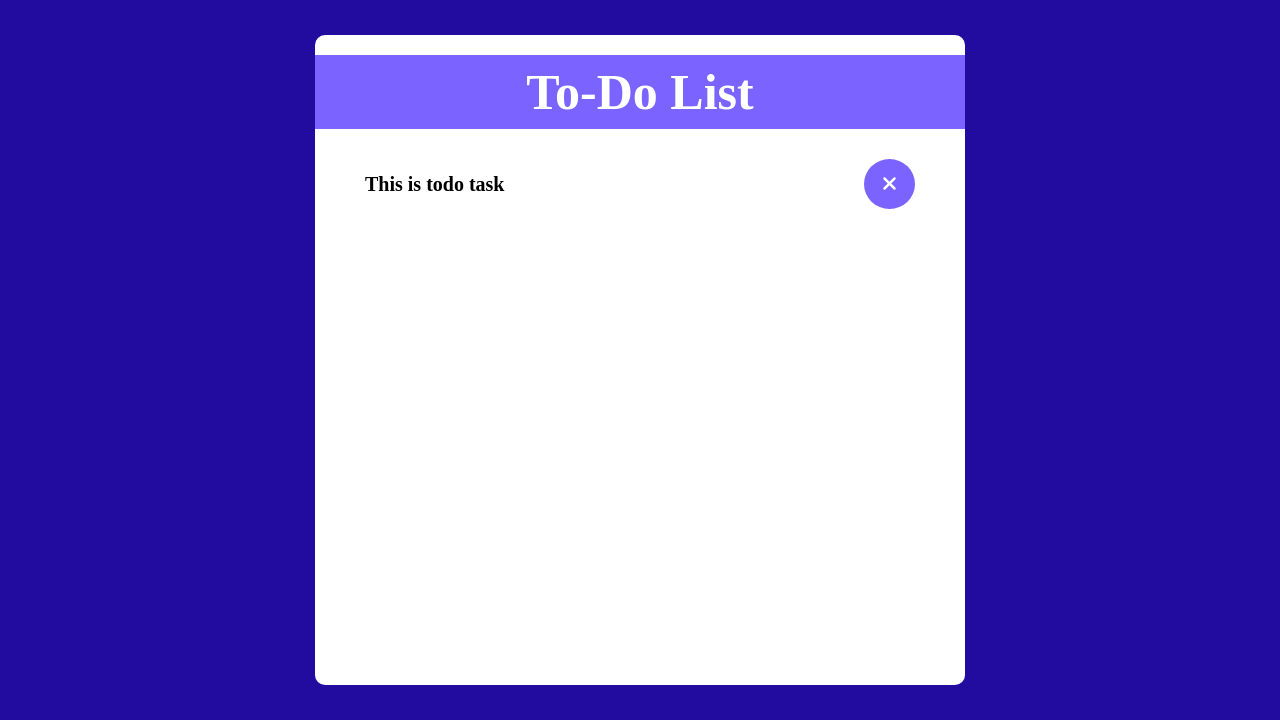
Repository: AliHassan02-Dev/To-Do-App
Page: /, after clicking the first element matching `span.fa-solid`
An editor plug-in stored every save of this project. The page is shown before and after the next save, followed by the edit.
The browser window is 1280 px wide. The pictures show the whole page.
Some web libraries are served in a nearby version. The project was rebuilt for these pictures with package versions that can differ from the ones it lists, and the page was loaded fresh each time. Also part of the build but not shown: vite.config.js.

Above is the page before, as saved 2024-10-28 11:44:12.

### src/App.css
* {
  margin: 0;
  padding: 0;
  box-sizing: border-box;
  font-family: poppins;
}

.mainWrapper {
  width: 100%;
  height: 100vh;
  background-color: rgb(34, 12, 160);
  display: flex;
  justify-content: center;
  flex-direction: column;
}

.mainWrapper .container {
  width: 100%;
  max-width: 650px;
  height: 650px;
  background-color: white;
  margin: auto;
  border-radius: 10px;
}

.mainWrapper .container .topBar {
  margin: 20px 0px;
}

.mainWrapper .container .topBar h2 {
  width: 100%;
  text-align: center;
  background-color: rgb(122, 99, 255);
  font-size: 50px;
  padding: 8px;
  color: white;
}

.mainWrapper .container .bottomBar {
  margin: 20px 0px;
  padding: 10px 50px;
}

.mainWrapper .container .bottomBar ol {
  list-style-type: none;
}

.mainWrapper .container .bottomBar .taskList {
  width: 100%;
  flex-wrap: nowrap;
  display: flex;
  justify-content: space-between;
  align-items: center;
}

.mainWrapper .container .bottomBar .taskList li {
  font-size: 20px;
  font-weight: 600;
}

.mainWrapper .container .bottomBar .taskList span {
  color: white;
  background-color: rgb(122, 99, 255);
  padding: 15px 18px;
  font-size: 20px;
  border-radius: 100%;
  cursor: pointer;
}

### src/App.jsx
import React from "react";

const App = () => {
  return (
    <div className="mainWrapper">
      <div className="container">
        <div className="topBar">
          <h2>To-Do List</h2>
        </div>
        <div className="bottomBar">
          <ol>
            <div className="taskList">
              <li>This is todo task</li>
              <span class="fa-solid fa-xmark"></span>
            </div>
          </ol>
        </div>
      </div>
    </div>
  );
};

export default App;

Loaded but not shown: index.html (common file); src/main.jsx (common file)

After the next save:
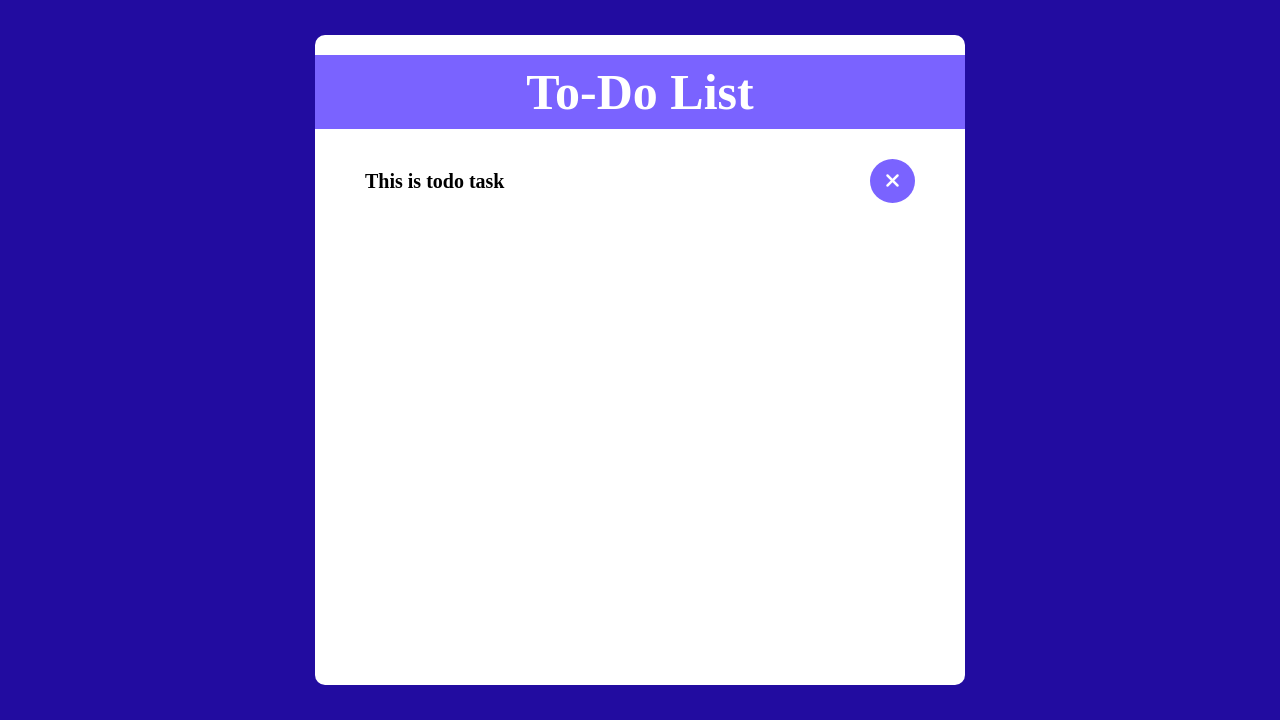
Saved 9 s later.
--- a/src/App.css
+++ b/src/App.css
@@ -61,7 +61,7 @@
 .mainWrapper .container .bottomBar .taskList span {
   color: white;
   background-color: rgb(122, 99, 255);
-  padding: 15px 18px;
+  padding: 12px 15px;
   font-size: 20px;
   border-radius: 100%;
   cursor: pointer;
